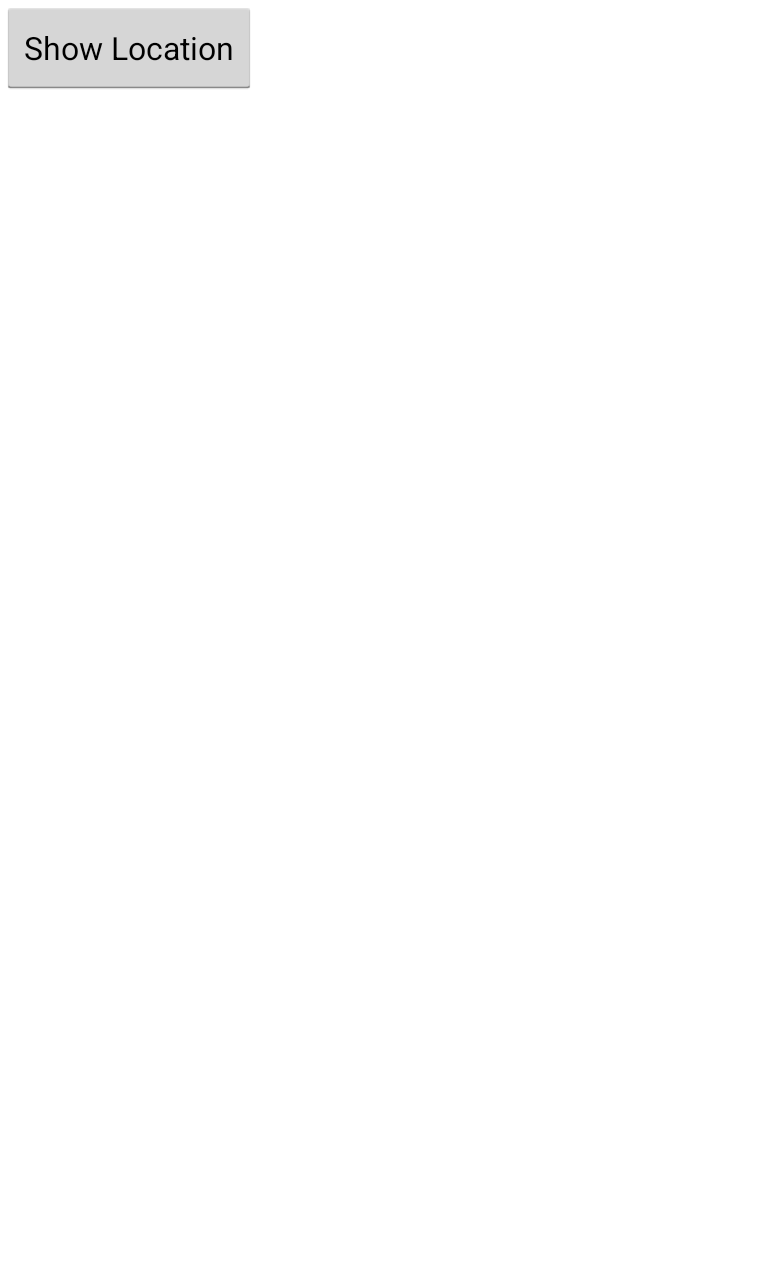
Repository: Jonieye/gps-story
Layout: Workspace/com.joni.android.first/res/layout/activity_main.xml
An editor plug-in stored every save of this project. The layout is shown before and after the next save, followed by the edit.
It is drawn on a 768 x 1280 px phone screen (xhdpi) without system bars, with theme AppTheme; the app's code is not run.

Above is the layout before, as saved 2014-10-18 09:39:05.

### Workspace/com.joni.android.first/res/layout/activity_main.xml
<LinearLayout xmlns:android="http://schemas.android.com/apk/res/android"
    android:layout_width="fill_parent"
    android:layout_height="fill_parent"
    android:orientation="vertical" >

    <Button
        android:id="@+id/showLocation"
        style="@style/AppTheme"
        android:layout_width="wrap_content"
        android:layout_height="wrap_content"
        android:text="Show Location" />

</LinearLayout>

Loaded but not shown: Workspace/com.joni.android.first/res/values/styles.xml (common file); Workspace/com.joni.android.first/res/values-v11/styles.xml (common file); Workspace/com.joni.android.first/res/values-v14/styles.xml (common file)

After the next save:
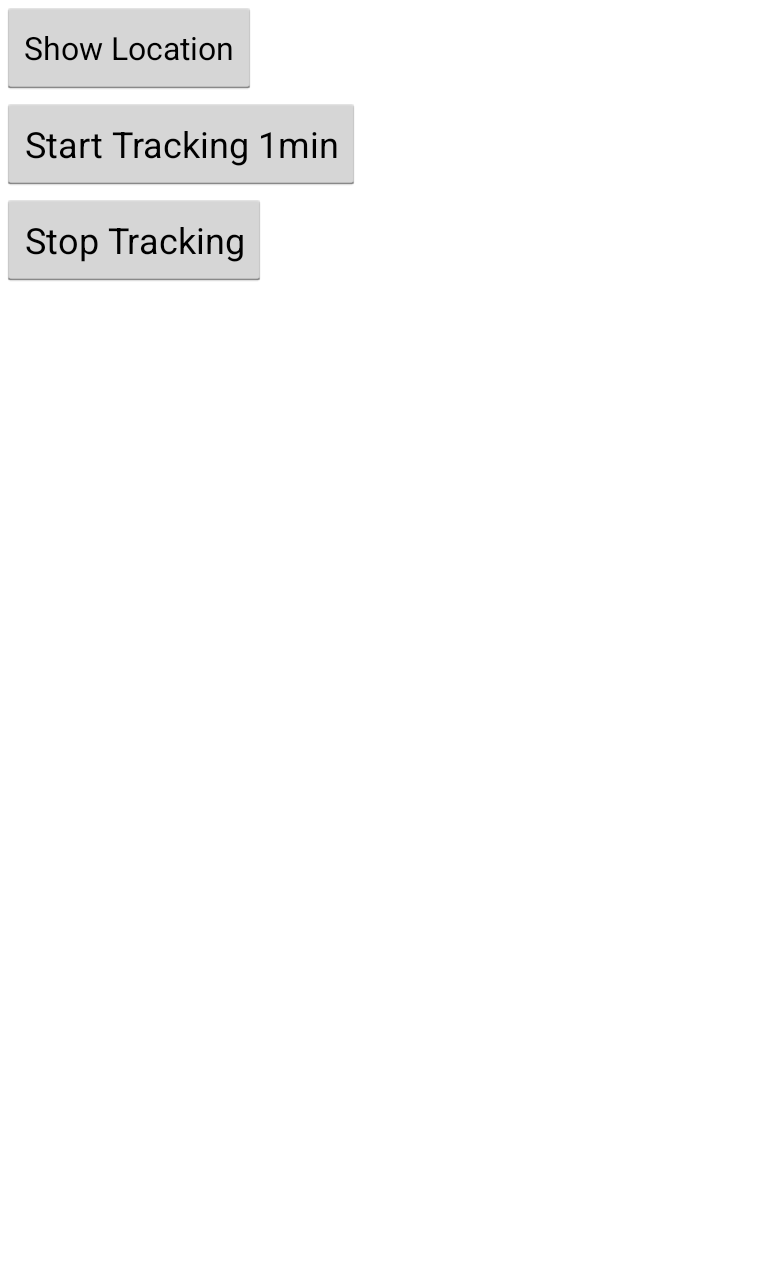
Saved 84 s later.
--- a/Workspace/com.joni.android.first/res/layout/activity_main.xml
+++ b/Workspace/com.joni.android.first/res/layout/activity_main.xml
@@ -10,4 +10,16 @@
         android:layout_height="wrap_content"
         android:text="Show Location" />
 
+    <Button
+        android:id="@+id/startLocation"
+        android:layout_width="wrap_content"
+        android:layout_height="wrap_content"
+        android:text="Start Tracking 1min" />
+
+    <Button
+        android:id="@+id/stopLocation"
+        android:layout_width="wrap_content"
+        android:layout_height="wrap_content"
+        android:text="Stop Tracking" />
+
 </LinearLayout>
